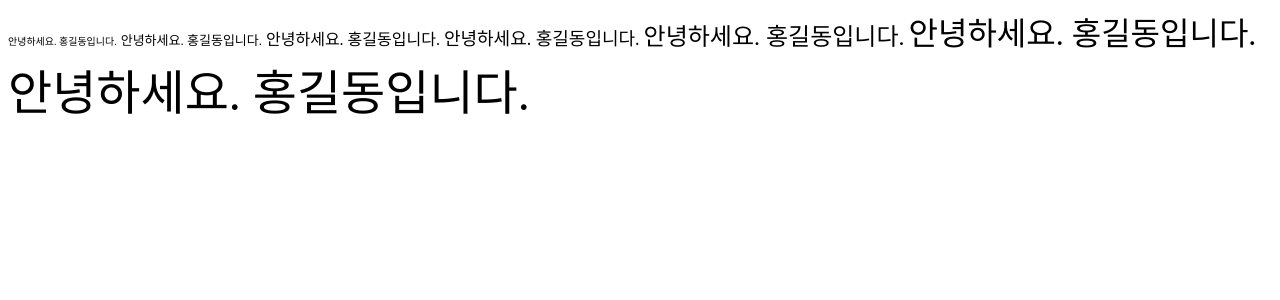
Repository: donggri1/WORKSPACE
Page: WebClass/webPro/src/main/webapp/html/days02/ex07.html
These files come from the project's save history. The page is drawn as it stood at one moment and after the next save; the edit follows.
The browser window is 1280 px wide. The pictures show the whole page.

Above is the page before, as saved 2024-03-25 03:22:11.

After the next save:
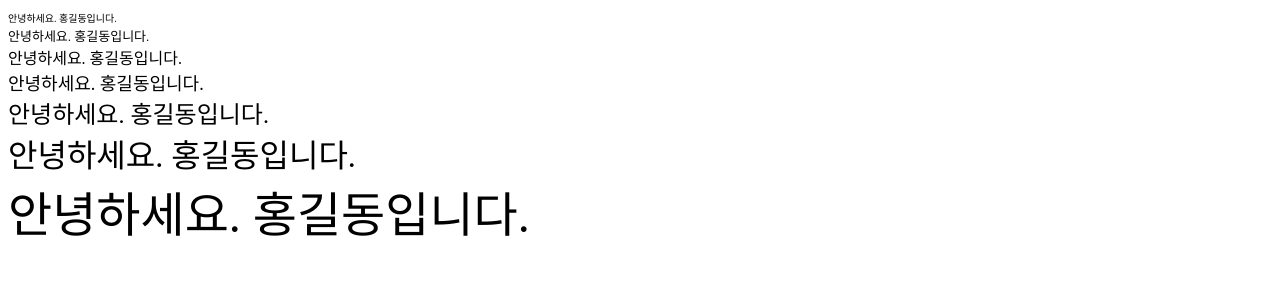
Saved 41 s later.
--- a/WebClass/webPro/src/main/webapp/html/days02/ex07.html
+++ b/WebClass/webPro/src/main/webapp/html/days02/ex07.html
@@ -9,13 +9,13 @@
 
 <!-- html 글꼴,글크기,글색상 : font,  -->
 
-<font size="1">안녕하세요. 홍길동입니다.</font>
-<font size="2">안녕하세요. 홍길동입니다.</font>
-<font size="3">안녕하세요. 홍길동입니다.</font>
-<font size="4">안녕하세요. 홍길동입니다.</font>
-<font size="5">안녕하세요. 홍길동입니다.</font>
-<font size="6">안녕하세요. 홍길동입니다.</font>
-<font size="7">안녕하세요. 홍길동입니다.</font>
+<font size="1">안녕하세요. 홍길동입니다.</font><br>
+<font size="2">안녕하세요. 홍길동입니다.</font><br>
+<font size="3">안녕하세요. 홍길동입니다.</font><br>
+<font size="4">안녕하세요. 홍길동입니다.</font><br>
+<font size="5">안녕하세요. 홍길동입니다.</font><br>
+<font size="6">안녕하세요. 홍길동입니다.</font><br>
+<font size="7">안녕하세요. 홍길동입니다.</font><br>
 
 </body>
 </html>
